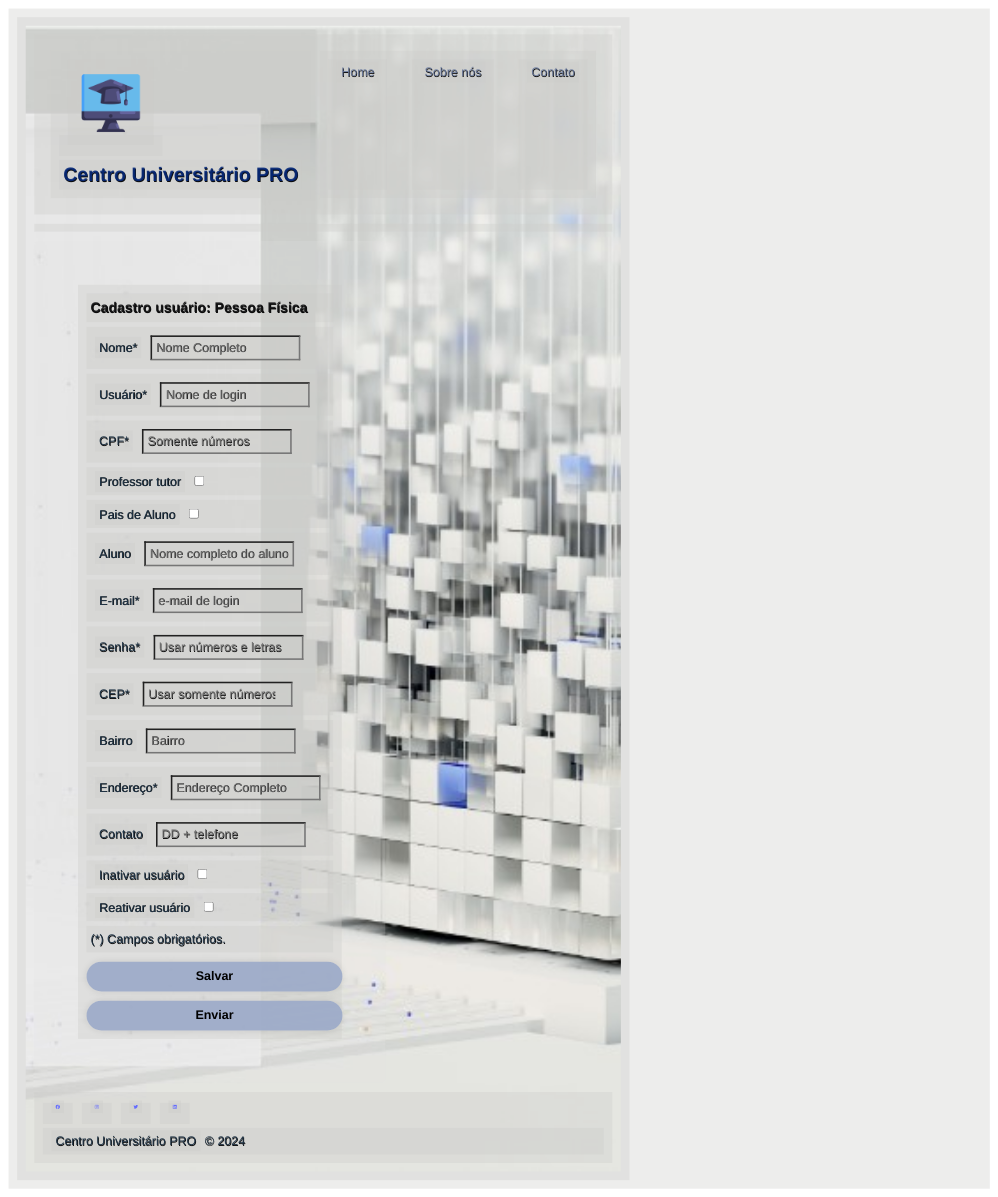
Repository: DanuziaRA/Cadastros-de-Usuarios
Page: /cadastro
The author's editor kept a copy of each file at every save. The page is drawn from the files as they stood at one save, then again after a run of saves.
The browser window is 1280 px wide. The pictures show the whole page, at 78% of full size.
The project was rebuilt for these pictures with package versions that can differ from the ones it lists, and the page was loaded fresh each time. Also part of the build but not shown: vite.config.js, src/components/Footer.css, src/router/Contact.jsx, src/router/ErrorPage.jsx, src/router/ContactDetails.jsx, src/router/Login.jsx, src/router/Company.jsx, src/router/Forget.jsx.

Above is the page before, as saved 2024-10-01 12:41:55.

After the next 2 saves:
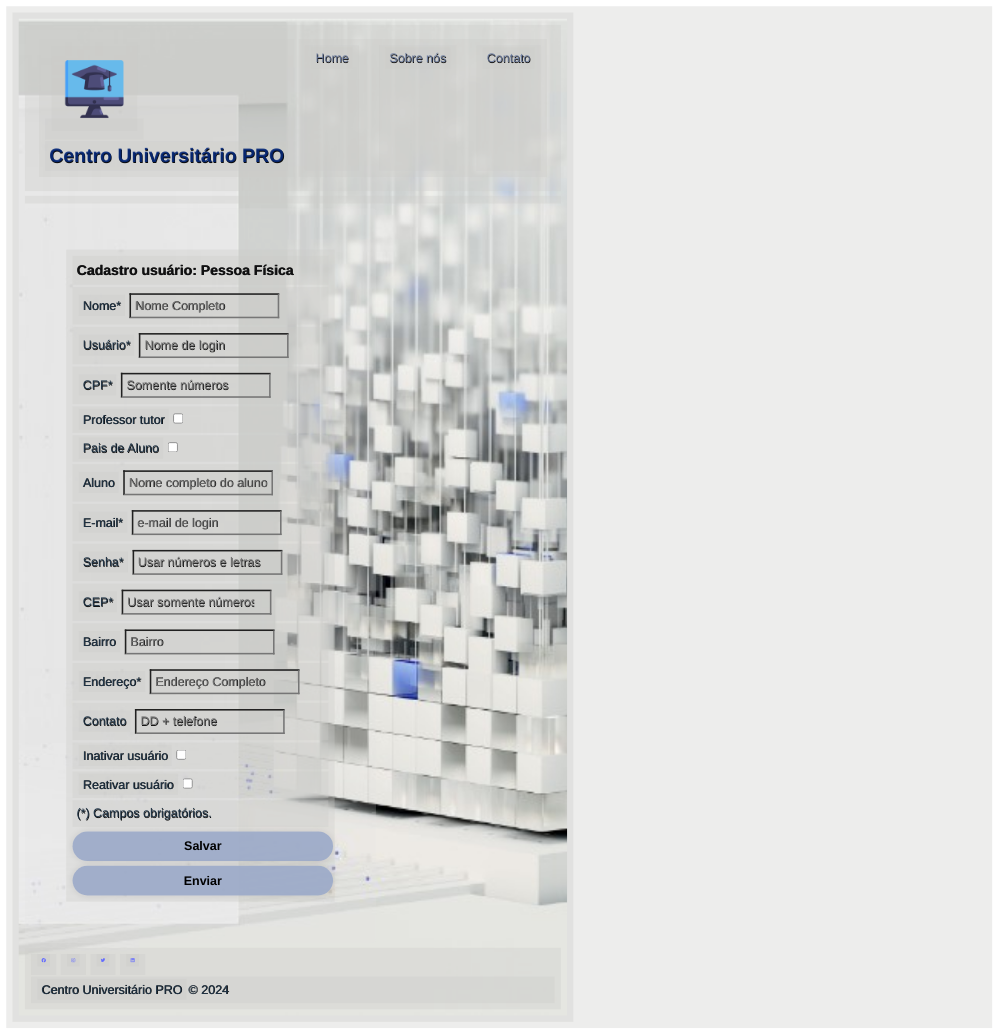
The 2 saves are shown as one change because they came seconds apart.
The last was saved 22 s later.
--- a/src/App.css
+++ b/src/App.css
@@ -1,6 +1,6 @@
 * {
   box-sizing: border-box;
-  margin: 6px;
+  margin: 3px;
   padding: 5px;
   font-family: Helvetica;
   font-size: 16px;
